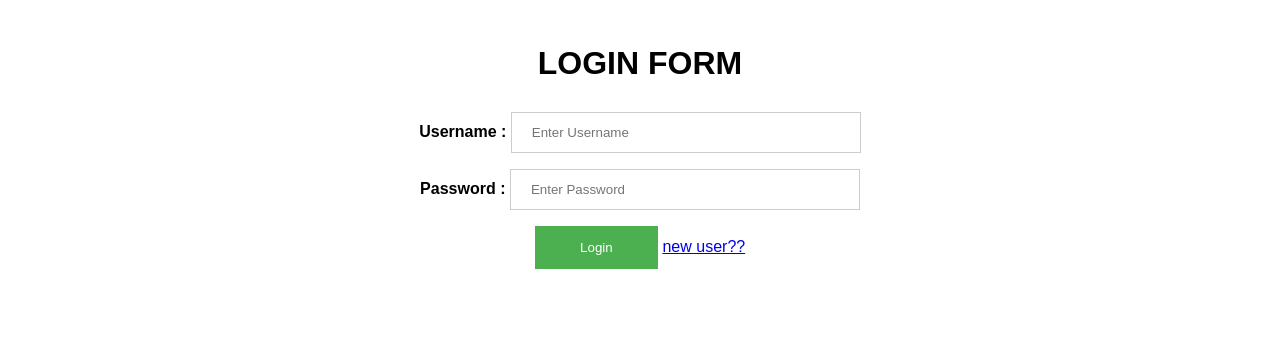
Repository: mugdha97/JSPServlet
Page: http://localhost/com.bridgelabz.loginRegister/login.jsp
An editor plug-in stored every save of this project. The page is shown before and after the next save, followed by the edit.
The browser window is 1280 px wide. The pictures show the whole page.
The page is served by Tomcat 9. Other server files are loaded and not shown.

Above is the page before, as saved 2019-10-19 05:14:19.

### com.bridgelabz.loginRegister/WebContent/login.jsp
<%@ page language="java" contentType="text/html; charset=UTF-8"
    pageEncoding="UTF-8"%>
<!DOCTYPE html>
<html>
<head>
<meta charset="UTF-8">
<link rel="stylesheet" href="login.css"> <!-- add css files -->
</head>
<body>
<center>

<div class="container">
<form action="login" method="post">
		<div><h1> LOGIN FORM</h1></div>
      <label for="uname"><b>Username : </b></label>
      <input type="text" placeholder="Enter Username" name="uname" required><br>

      <label for="psw"><b>Password : </b></label>
      <input type="password" placeholder="Enter Password" name="password" required><br>

      <button type="submit"value="login">Login</button>
     <a href="Registration.jsp">new user??</a>
     </form>
    </div>

    </center>
</body>
</html>

### com.bridgelabz.loginRegister/WebContent/login.css
body {font-family: Arial, Helvetica, sans-serif;}

/* Full-width input fields */
input[type=text], input[type=password] {
  width: 25%;
  padding: 12px 20px;
  margin: 8px 0;
  display: inline-block;
  border: 1px solid #ccc;

}

/* Set a style for all buttons */
button {
  background-color: #4CAF50;
  color: white;
  padding: 14px 20px;
  margin: 8px 0;
  border: none;
  cursor: pointer;
  width: 10%;
}

button:hover {
  opacity: 0.8;
}

/* Extra styles for the cancel button */


.container {
  padding: 16px;
  border:inline;
}

span.psw {
  float: right;
  padding-top: 16px;
}

/* The Modal (background) */
.modal {
  display: none; /* Hidden by default */
  position: fixed; /* Stay in place */
  z-index: 1; /* Sit on top */
  left: 0;
  top: 0;
  width: 100%; /* Full width */
  height: 100%; /* Full height */
  overflow: auto; /* Enable scroll if needed */
  background-color: rgb(0,0,0); /* Fallback color */
  background-color: rgba(0,0,0,0.4); /* Black w/ opacity */
  padding-top: 60px;
}

/* Modal Content/Box */
.modal-content {
  background-color: #fefefe;
  margin: 5% auto 15% auto; /* 5% from the top, 15% from the bottom and centered */
  border: 1px solid #888;
  width: 80%; /* Could be more or less, depending on screen size */
}

/* The Close Button (x) */
.close {
  position: absolute;
  right: 25px;
  top: 0;
  color: #000;
  font-size: 35px;
  font-weight: bold;
}

.close:hover,
.close:focus {
  color: red;
  cursor: pointer;
}

After the next save:
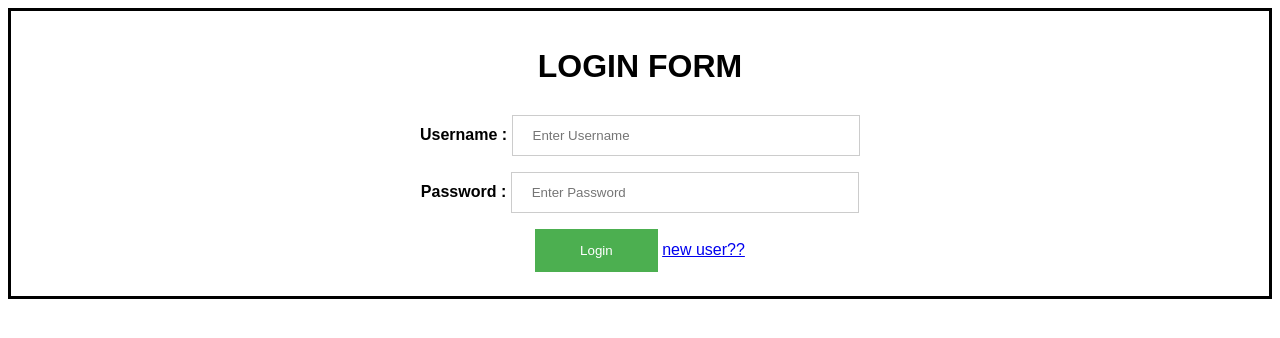
Saved 99 s later.
--- a/com.bridgelabz.loginRegister/WebContent/login.css
+++ b/com.bridgelabz.loginRegister/WebContent/login.css
@@ -30,7 +30,7 @@ button:hover {
 
 .container {
   padding: 16px;
-  border:inline;
+ border-style: solid
 }
 
 span.psw {
